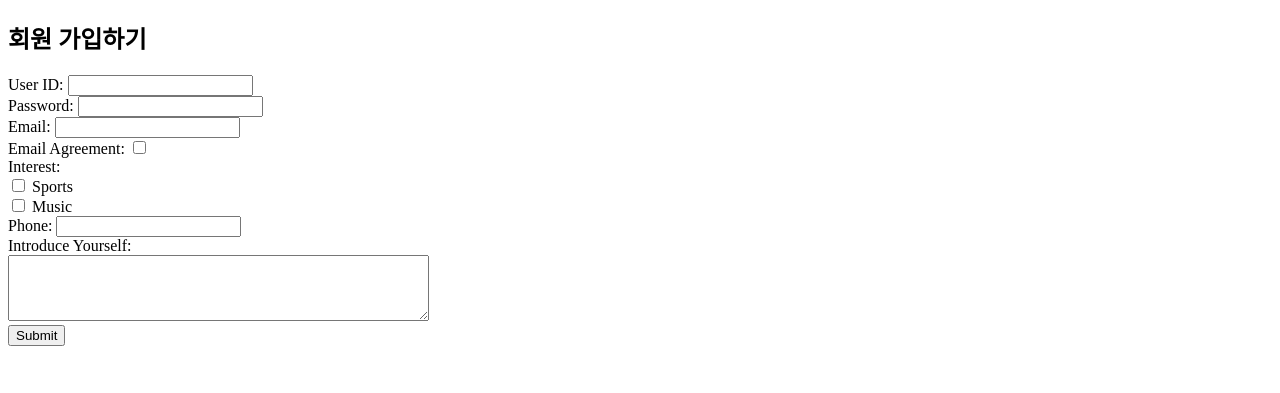
Repository: dnwpdud/WEB_CODES
Page: http://localhost/Web06_JSP_Servlet/ch21/register.jsp
An editor plug-in stored every save of this project. The page is shown before and after the next save, followed by the edit.
The browser window is 1280 px wide. The pictures show the whole page.
The page is served by Tomcat 9.

Above is the page before, as saved 2024-04-03 03:32:47.

After the next save:
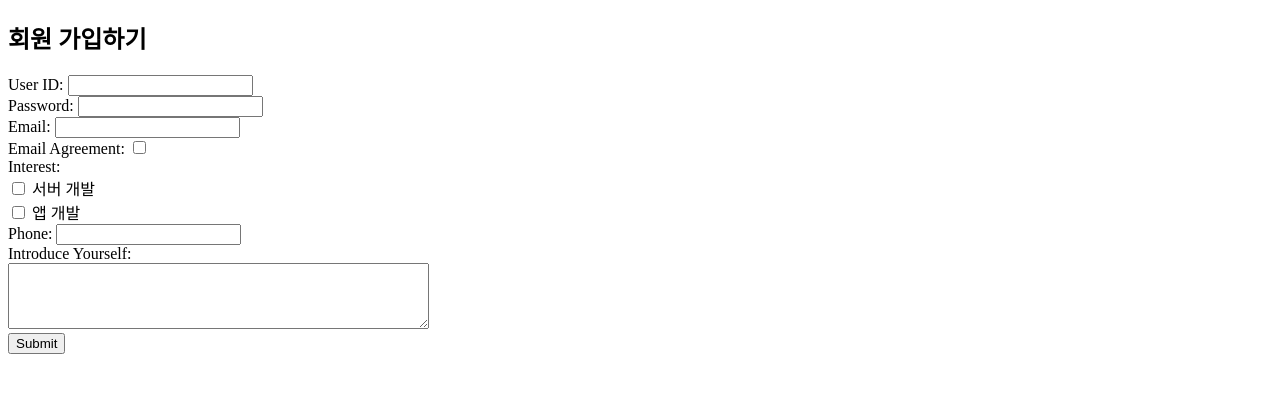
Saved 53 s later.
--- a/Web06_JSP_Servlet/src/main/webapp/ch21/register.jsp
+++ b/Web06_JSP_Servlet/src/main/webapp/ch21/register.jsp
@@ -24,9 +24,9 @@
 
     <label for="interest">Interest:</label><br>
     <input type="checkbox" id="interest1" name="interest" value="Sports">
-    <label for="interest1">Sports</label><br>
+    <label for="interest1">서버 개발</label><br>
     <input type="checkbox" id="interest2" name="interest" value="Music">
-    <label for="interest2">Music</label><br>
+    <label for="interest2">앱 개발</label><br>
 
     <!-- Add more interest checkboxes as needed -->
 
